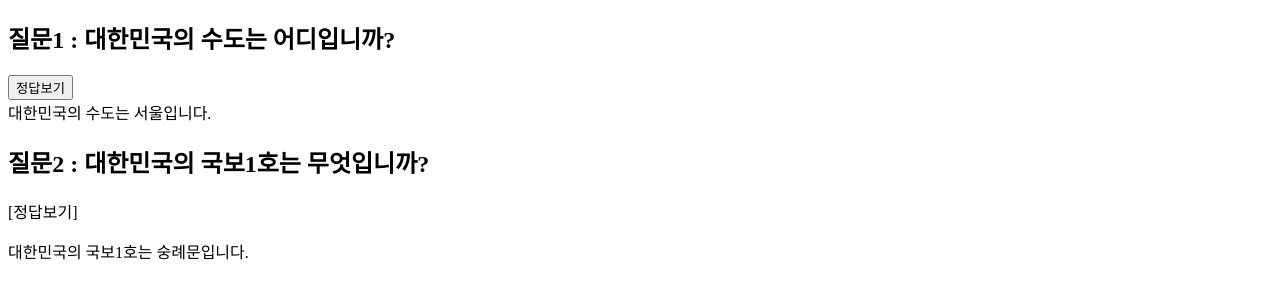
Repository: yoojisoo/YONSAI
Page: http://localhost/teatJava/html/script05.jsp
An editor plug-in stored every save of this project. The page is shown before and after the next save, followed by the edit.
The browser window is 1280 px wide. The pictures show the whole page.
The page is served by Tomcat 9.

Above is the page before, as saved 2021-08-20 06:13:21.
Console error: SyntaxError: missing ) after argument list

### jsworkspace/teatJava/src/main/webapp/html/script05.jsp
<%@ page language="java" contentType="text/html; charset=UTF-8"
    pageEncoding="UTF-8"%>
<!DOCTYPE html>
<html>
<head>
<meta charset="UTF-8">
<title>정답보기</title>
<script src="../js/jquery-3.6.0.js"></script> <!--제이쿼리라이브러리-->
<script>
	var count1=0;
	$(document).ready(function(){
		$("ans").hide();
		$("button.q1").click(function(){
			count1++;
				if(count1%2==1){
					$("ans.q1").show();
					$("button.q1").text("정답숨기기");
					$("button.q1").css("background-color":"skyblue","border-color":"skyblue");

				}else{
					$("ans.q1").hide();
					$("button.q1").text("정답보기");
				}
		});
		$("p.q2").click(function(){
				$("ans.q2").toggle();
		});
	});
</script>
</head>
<body>
	<h2>질문1 : 대한민국의 수도는 어디입니까?</h2>
		<button class="q1">정답보기</button><br>
		<ans class="q1">대한민국의 수도는 서울입니다.</ans>


	<h2>질문2 : 대한민국의 국보1호는 무엇입니까?</h2>
		<p class="q2">[정답보기]</p>
		<ans class="q2">대한민국의 국보1호는 숭례문입니다.</ans>
</body>
</html>

Loaded but not shown: jsworkspace/teatJava/src/main/webapp/js/jquery-3.6.0.js (library)

After the next save:
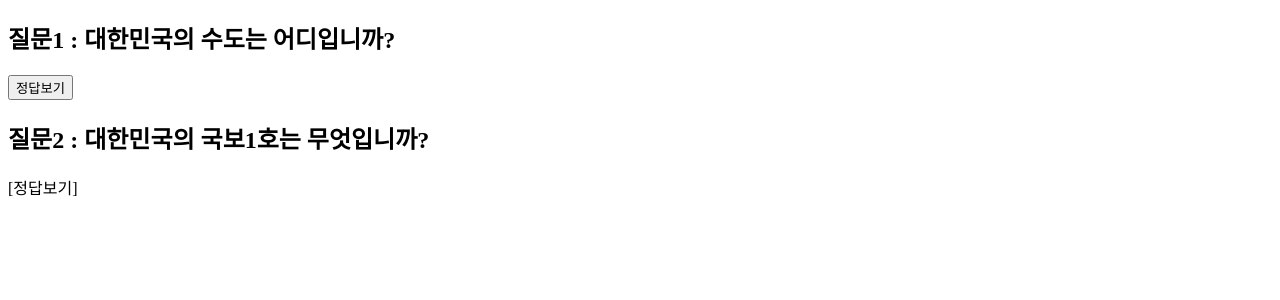
The error is gone.
Saved 33 s later.
--- a/jsworkspace/teatJava/src/main/webapp/html/script05.jsp
+++ b/jsworkspace/teatJava/src/main/webapp/html/script05.jsp
@@ -15,7 +15,7 @@
 				if(count1%2==1){
 					$("ans.q1").show();
 					$("button.q1").text("정답숨기기");
-					$("button.q1").css("background-color":"skyblue","border-color":"skyblue");
+					$("button.q1").css({"background-color":"skyblue","border-color":"skyblue"});
 
 				}else{
 					$("ans.q1").hide();
